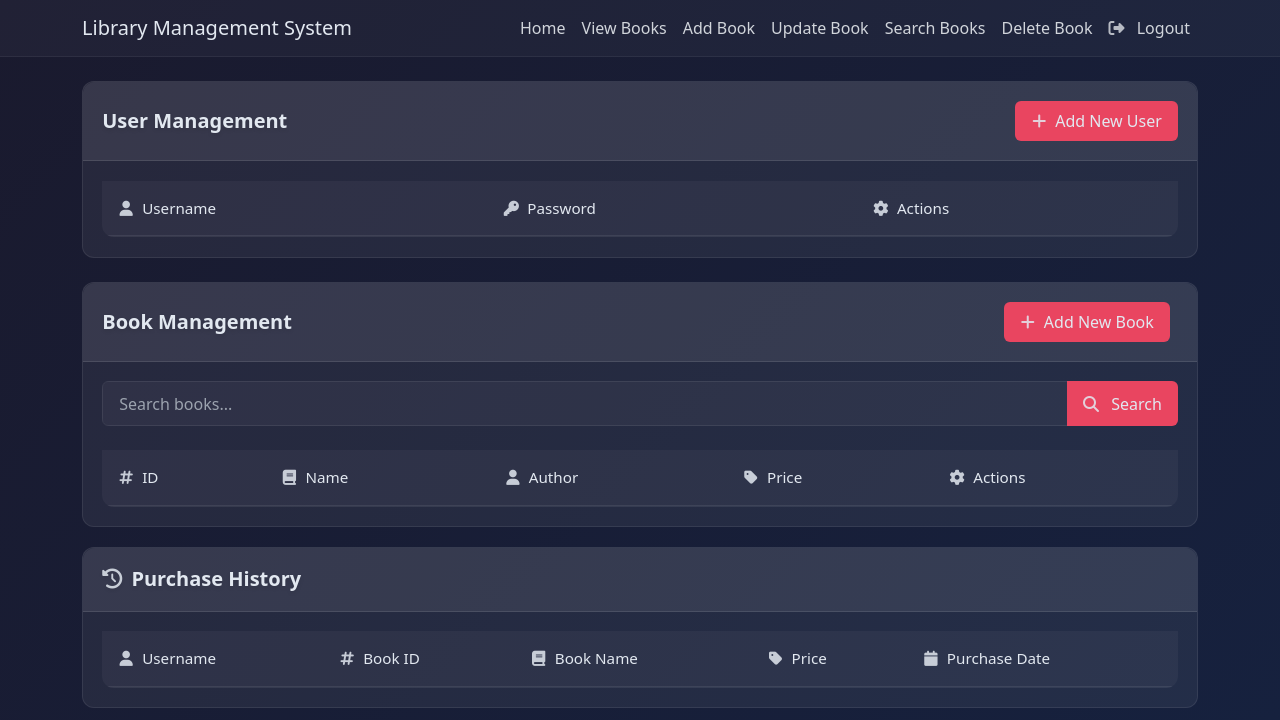
Repository: vivekchopade662002/Library-Management-System
Page: http://localhost/Library_Management_System/admin-dashboard.jsp
An editor plug-in stored every save of this project. The page is shown before and after the next save, followed by the edit.
The browser window is 1280 px wide. The pictures show the whole page.
The page is served by Tomcat 10. The session is filled in as if someone had signed in: {"username": "testuser", "userType": "admin"}. The application's start-up code is not run. Queries for data that is not in the repository find no rows.

Above is the page before, as saved 2024-12-04 18:27:06.

After the next save:
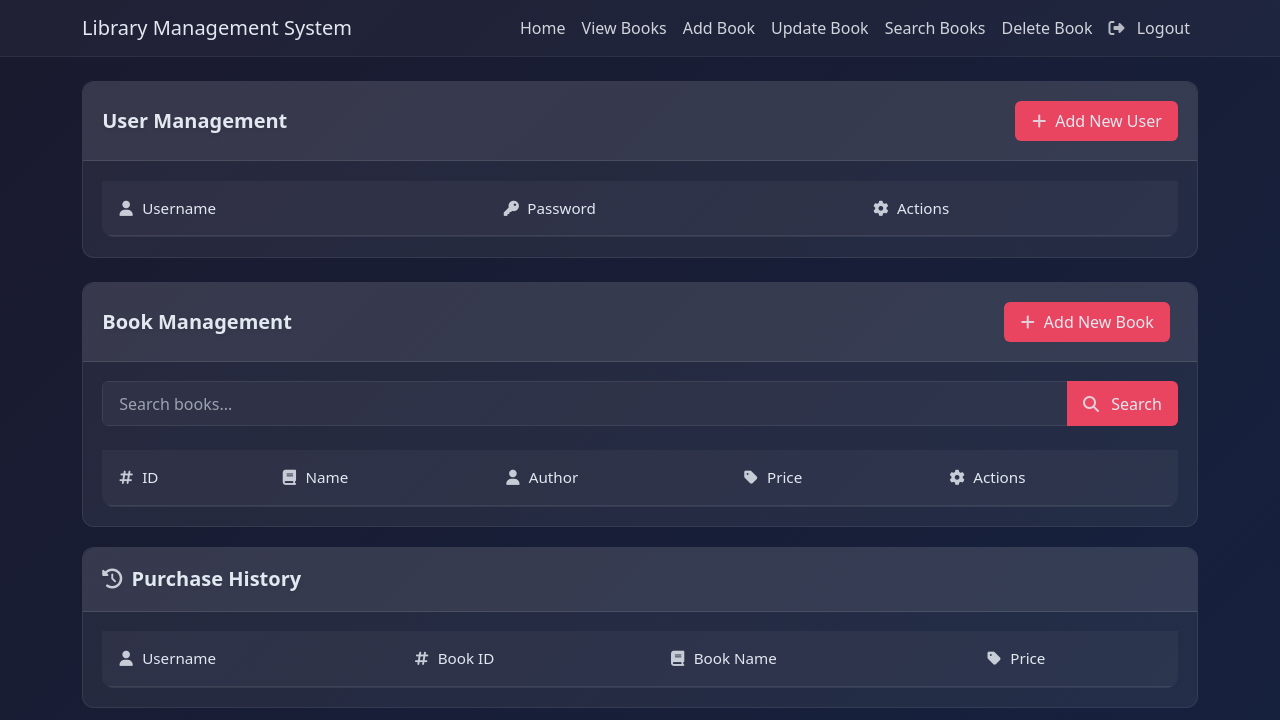
Saved 5 min 39 s later.
--- a/Library_Management_System/src/main/webapp/admin-dashboard.jsp
+++ b/Library_Management_System/src/main/webapp/admin-dashboard.jsp
@@ -339,6 +339,7 @@
             </div>
         </div>
         <!-- Purchase History Section -->
+<!-- Purchase History Section -->
 <div class="card">
     <div class="card-header">
         <div class="d-flex justify-content-between align-items-center">
@@ -357,14 +358,13 @@
                         <th><i class="fas fa-hashtag me-2"></i>Book ID</th>
                         <th><i class="fas fa-book me-2"></i>Book Name</th>
                         <th><i class="fas fa-tag me-2"></i>Price</th>
-                        <th><i class="fas fa-calendar me-2"></i>Purchase Date</th>
                     </tr>
                 </thead>
                 <tbody>
                     <%
                         try {
                             Connection purchaseConn = DBConnection.getConnection();
-                            String purchaseSql = "SELECT * FROM purchase_history ORDER BY created_at DESC";
+                            String purchaseSql = "SELECT * FROM purchase_history ORDER BY id DESC";
                             Statement purchaseStmt = purchaseConn.createStatement();
                             ResultSet purchaseRs = purchaseStmt.executeQuery(purchaseSql);
 
@@ -375,7 +375,6 @@
                         <td class="book-id">#<%= purchaseRs.getInt("book_id") %></td>
                         <td><%= purchaseRs.getString("book_name") %></td>
                         <td><span class="price-badge">$<%= String.format("%.2f", purchaseRs.getDouble("price")) %></span></td>
-                        <td><%= purchaseRs.getTimestamp("created_at") %></td>
                     </tr>
                     <%
                             }
@@ -383,7 +382,7 @@
                             purchaseStmt.close();
                             purchaseConn.close();
                         } catch(Exception e) {
-                            out.println("<tr><td colspan='5' class='text-danger'>Error: " + e.getMessage() + "</td></tr>");
+                            out.println("<tr><td colspan='4' class='text-danger'>Error: " + e.getMessage() + "</td></tr>");
                         }
                     %>
                 </tbody>
